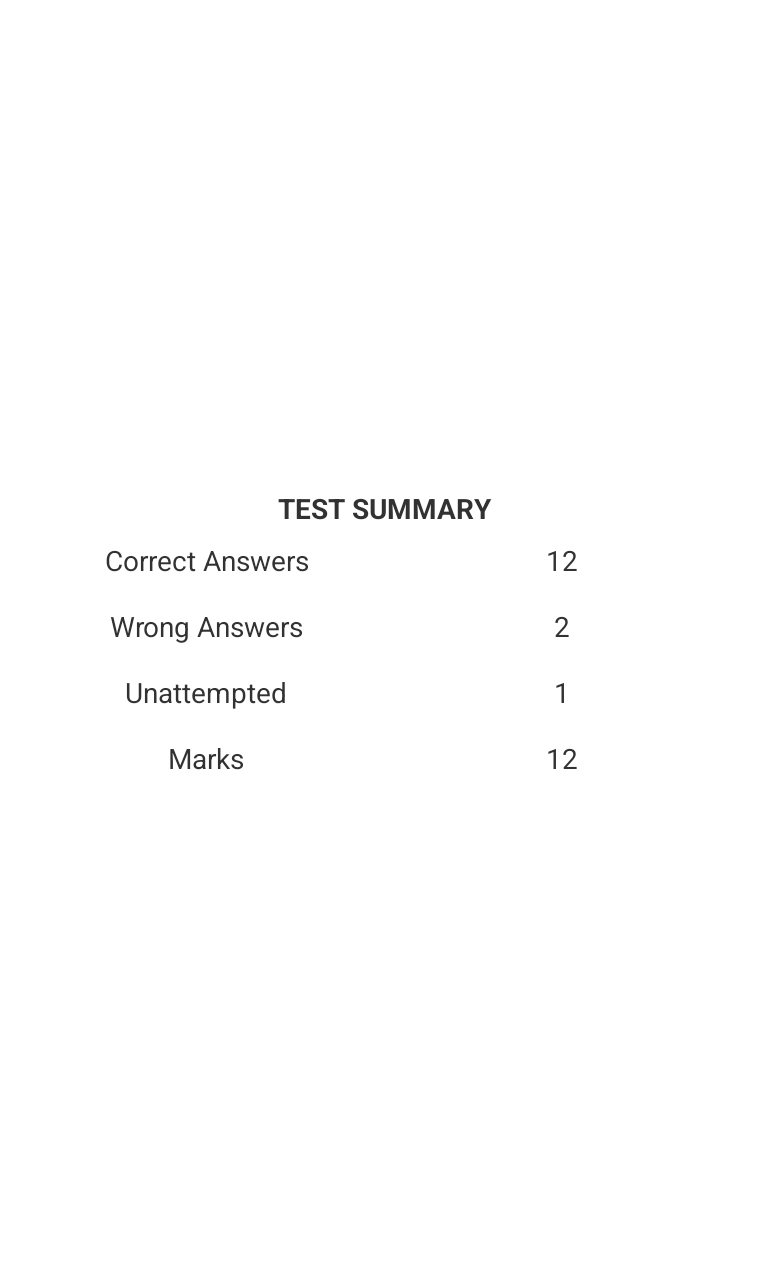
Repository: Harshil737/Career-Launcher
Layout: CareerLauncher/res/layout/activity_test_result_page.xml
These files come from the project's save history. The layout is drawn as it stood at one moment and after the next save; the edit follows.
It is drawn on a 768 x 1280 px phone screen (xhdpi) without system bars, with theme AppTheme; the app's code is not run.

Above is the layout before, as saved 2017-11-04 11:41:24.

After the next save:
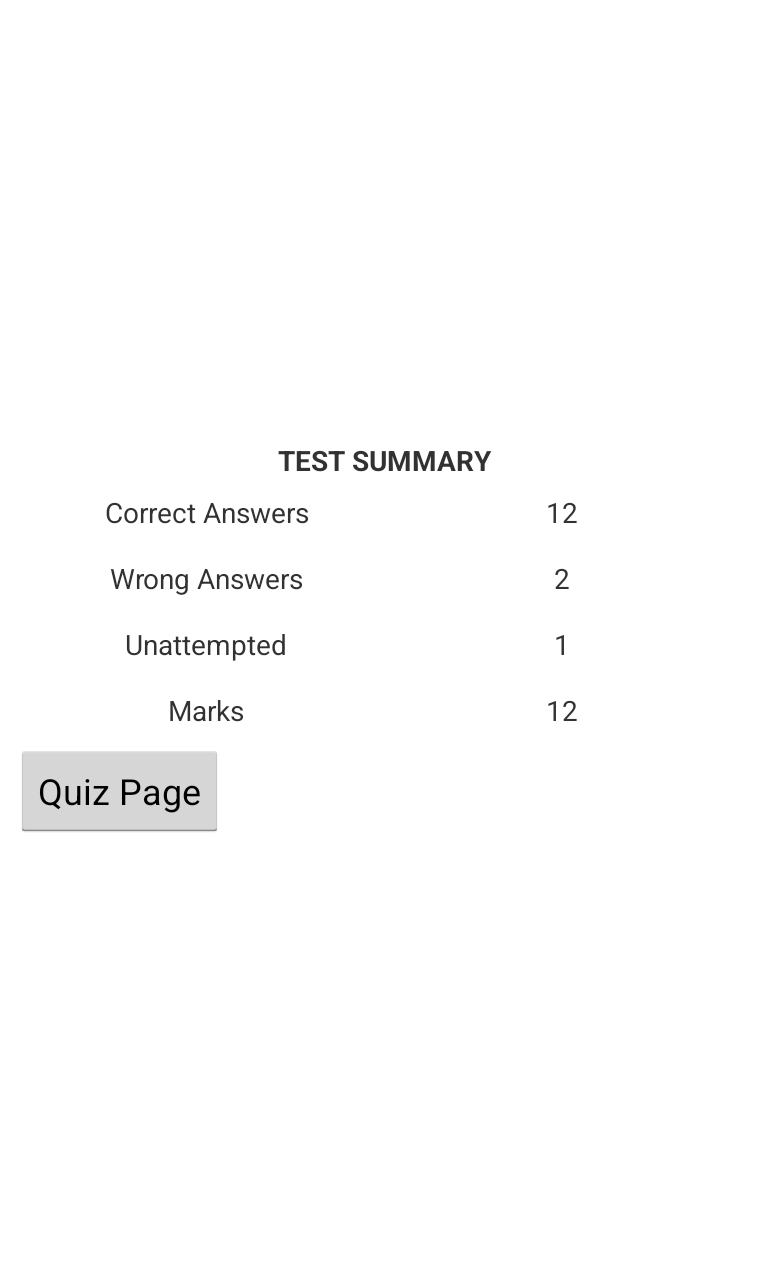
Saved 69 s later.
--- a/CareerLauncher/res/layout/activity_test_result_page.xml
+++ b/CareerLauncher/res/layout/activity_test_result_page.xml
@@ -109,6 +109,12 @@
                 android:gravity="center_horizontal"
                 android:text="12" />
         </LinearLayout>
+
+        <Button
+            android:id="@+id/test_result_btn_home"
+            android:layout_width="wrap_content"
+            android:layout_height="wrap_content"
+            android:text="Quiz Page" />
     </LinearLayout>
 
 </RelativeLayout>
